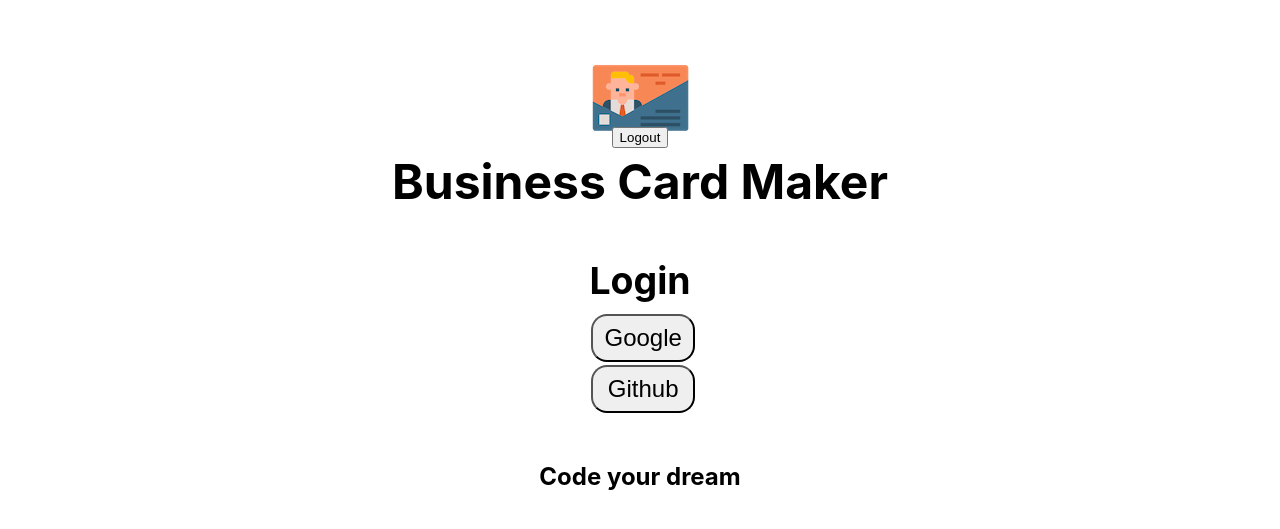
Repository: gomgomigom/firebase_practice_card_maker
Page: /
These files come from the project's save history. The page is drawn as it stood at one moment and after the next save; the edit follows.
The browser window is 1280 px wide. The pictures show the whole page.
The page's requests for data from a server got no answer. The project was rebuilt for these pictures with package versions that can differ from the ones it lists, and the page was loaded fresh each time. No one was signed in, and anything a server would have sent is missing.

Above is the page before, as saved 2022-01-21 14:11:28.

After the next save:
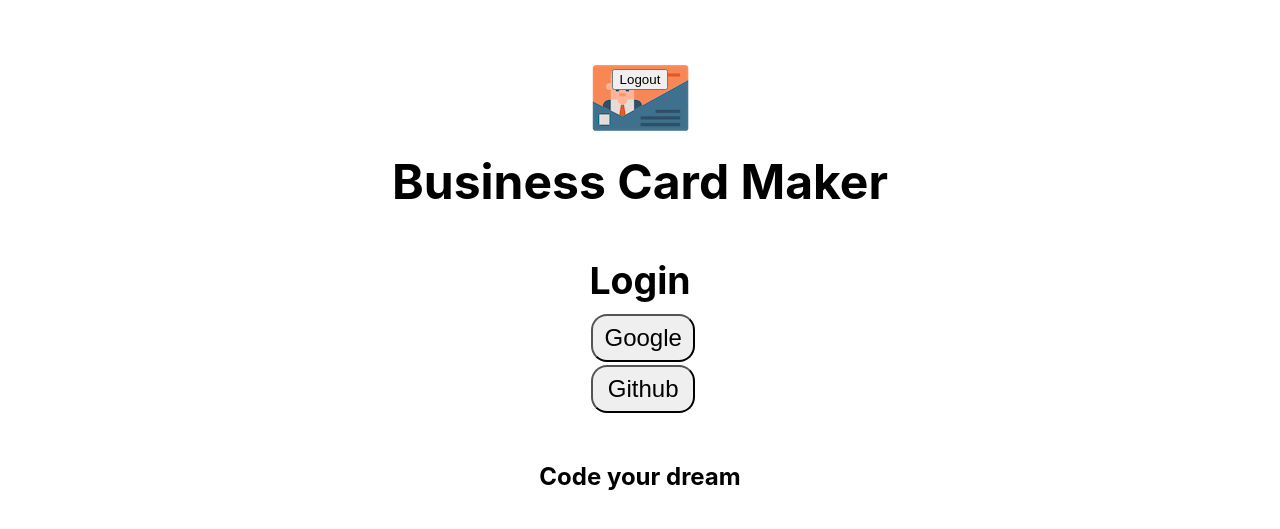
Saved 10 s later.
--- a/src/components/header/header.module.css
+++ b/src/components/header/header.module.css
@@ -26,4 +26,5 @@
 
 .logout {
   position: absolute;
+  top: 1rem;
 }
